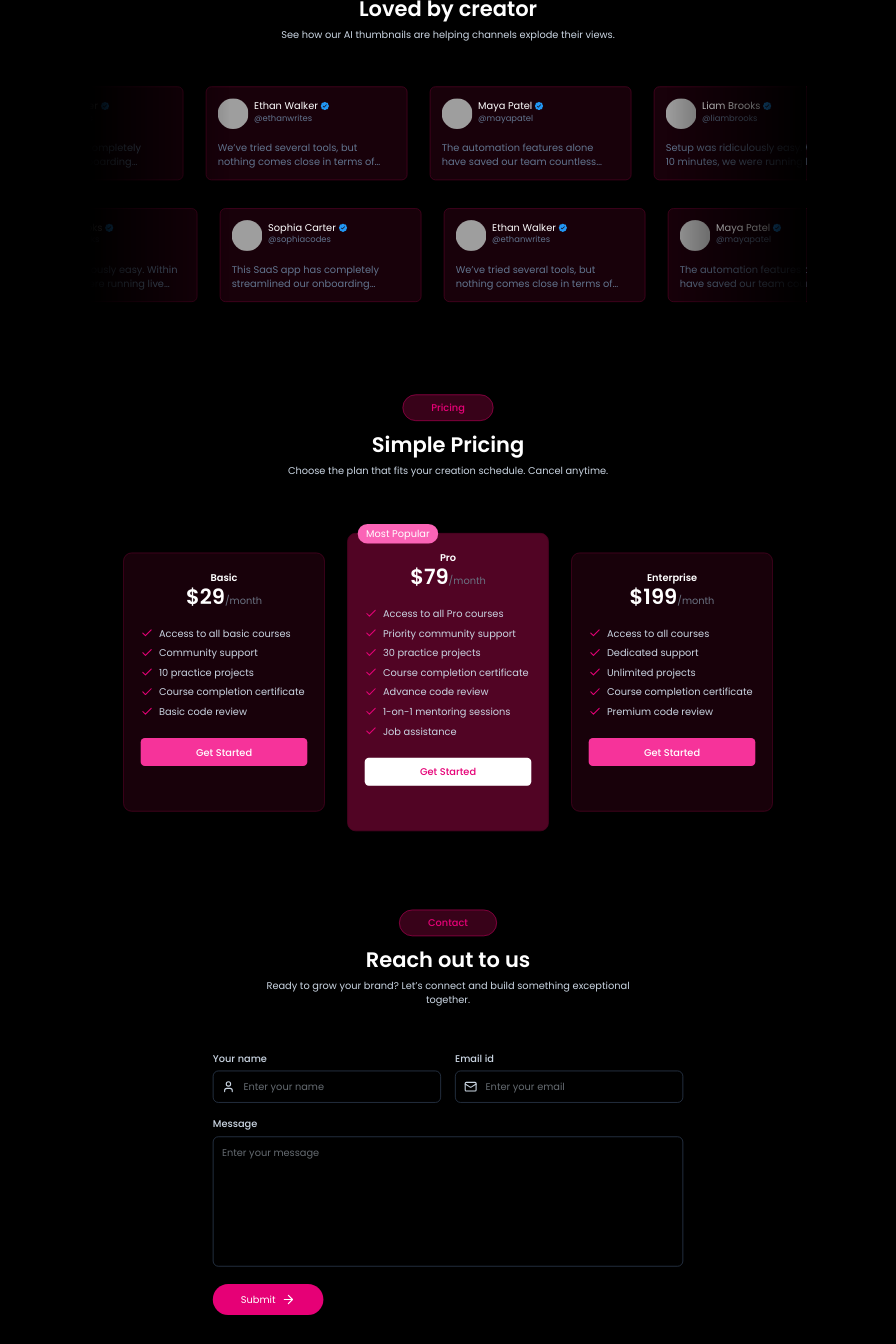
Repository: abhiraj33181/Thumblify
Page: / (app in client/)
An editor plug-in stored every save of this project. The page is shown before and after the next save, followed by the edit.
The browser window is 1280 px wide. The pictures show the part of the page from y = 2768 to 4688 px (the page is 5382 px tall), at 70% of full size.
Pictures or frames that could not be fetched are drawn as grey boxes. The project was rebuilt for these pictures with package versions that can differ from the ones it lists, and the page was loaded fresh each time. Also part of the build but not shown: client/vite.config.ts.

Above is the page before, as saved 2026-01-08 09:47:29.

After the next save:
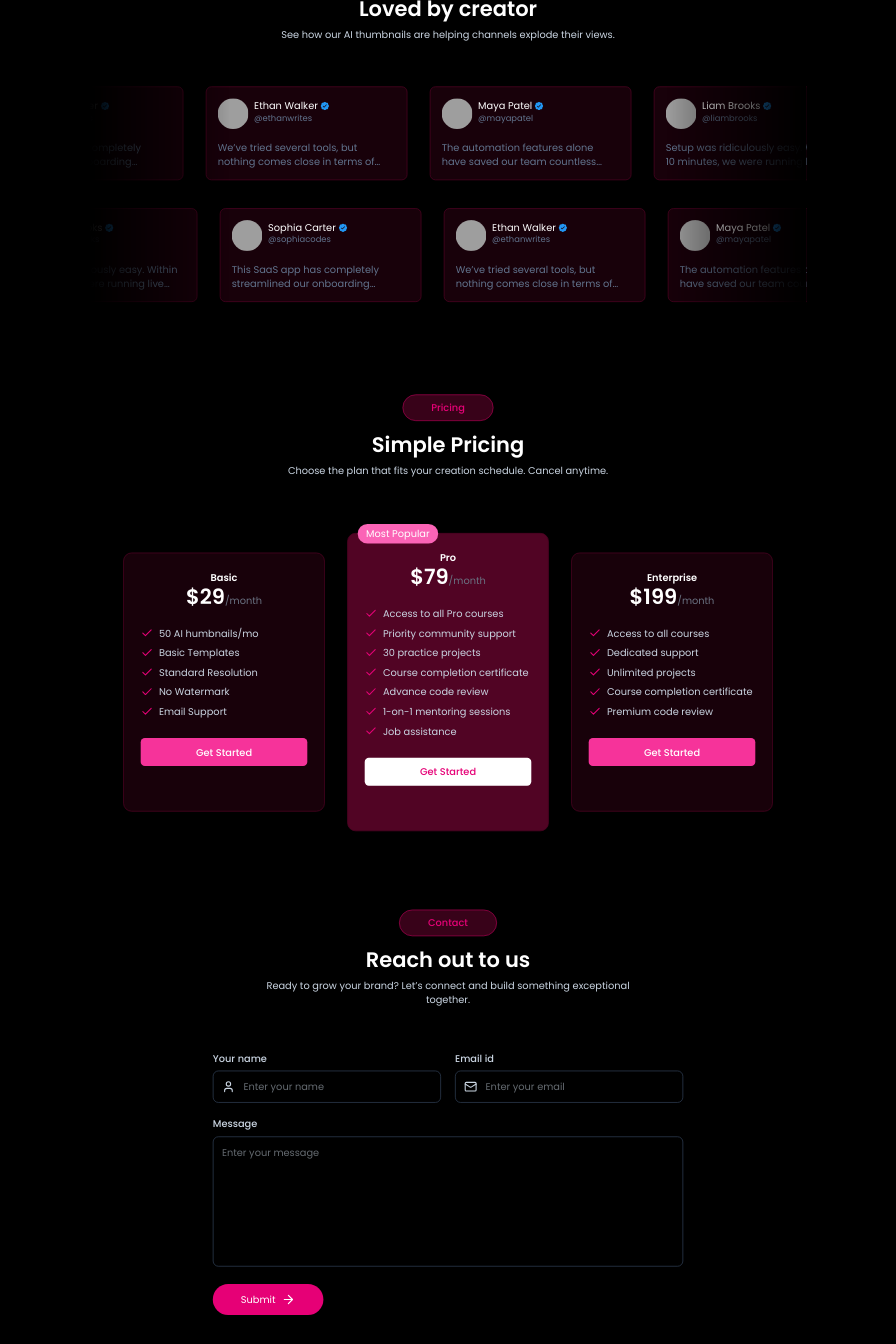
Saved 2 min 8 s later.
--- a/client/src/data/pricing.ts
+++ b/client/src/data/pricing.ts
@@ -6,11 +6,11 @@ export const pricingData: IPricing[] = [
         price: 29,
         period: "month",
         features: [
-            "Access to all basic courses",
-            "Community support",
-            "10 practice projects",
-            "Course completion certificate",
-            "Basic code review"
+            "50 AI humbnails/mo",
+            "Basic Templates",
+            "Standard Resolution",
+            "No Watermark",
+            "Email Support"
         ],
         mostPopular: false
     },
